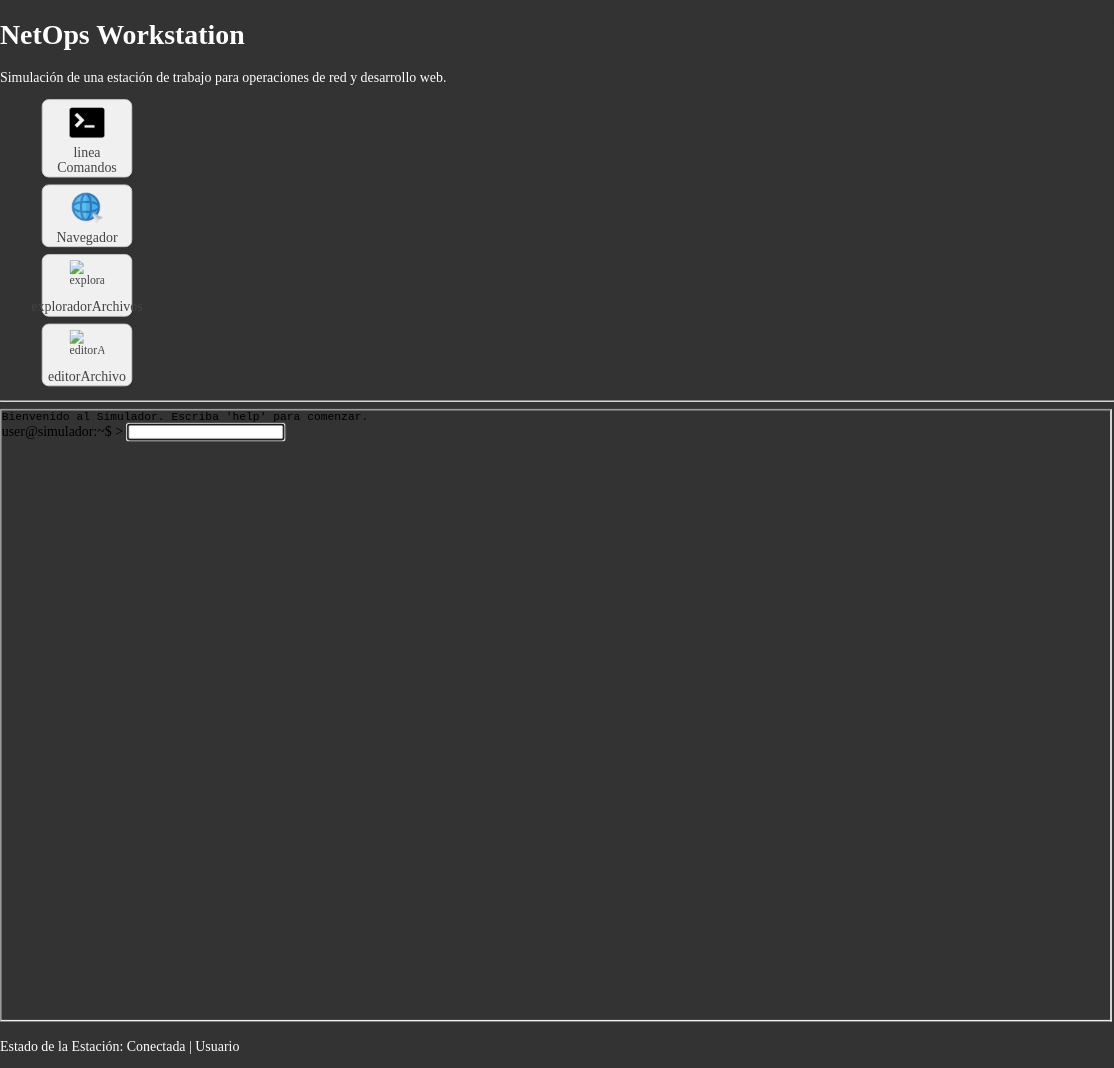
Repository: ValdezGalia/ProgramacionWebUcab
Page: lan-01.html
These files come from the project's save history. The page is drawn as it stood at one moment and after a run of saves; the edit follows.
The browser window is 1280 px wide. The pictures show the whole page, at 87% of full size.

Above is the page before, as saved 2025-11-13 16:30:29.

### lan-01.html
<!DOCTYPE html>
<html lang="es">

<head>
    <meta charset="UTF-8">
    <meta name="viewport" content="width=device-width, initial-scale=1.0">
    <meta name="author" content="Orlando Valdez / Jenry Youssef / Oscar Torres">
    <link rel="stylesheet" href="/style/lan-01.css">
    <title>NetOps Workstation: Estación de Trabajo</title>
</head>

<body>

    <header>
        <h1>NetOps Workstation</h1>
        <p>Simulación de una estación de trabajo para operaciones de red y desarrollo web.</p>
    </header>

    <main id="workstation-container">

        <nav id="app-navigation" aria-label="Aplicaciones de la estación de trabajo">
            <ul id="app-list">
                <li><a href="#" data-tool="lineaComandos"><img src="assets/img/terminal.png" class="app-icon" alt="lineaComandos"><span>linea Comandos</span></a></li>
                <li><a href="#" data-tool="navegador"><img src="assets/img/navweb.png" class="app-icon" alt="Navegador"><span>Navegador</span></a></li>
                <li><a href="#" data-tool="exploradorArchivos"><img src="" class="app-icon" alt="exploradorArchivos"><span>exploradorArchivos</span></a></li>
                <li><a href="#" data-tool="editorArchivo"><img src="" class="app-icon" alt="editorArchivo"><span>editorArchivo</span></a></li>
            </ul>
        </nav>

        <hr>
        <!-- Contenedor de herramientas de forma dinamica y sostenible -->
        <section id="application-display">
            <iframe id="tool-iframe" src="pages/lineaComandos.html" sandbox="allow-scripts allow-same-origin"
                title="Aplicación interactiva" width="99.5%" height="700px"></iframe>
        </section>

    </main>

    <footer aria-label="Estado y Diagnóstico">
        <p>Estado de la Estación: Conectada | <span class="user">Usuario</span></p>
    </footer>

    <script>
        document.addEventListener('DOMContentLoaded', () => {
            const iframe = document.getElementById('tool-iframe');
            const navLinks = document.querySelectorAll('#app-list a');

            navLinks.forEach(link => {
                link.addEventListener('click', (event) => {
                    event.preventDefault();

                    const toolName = event.target.dataset.tool;
                    const newSrc = `pages/${toolName}.html`;

                    iframe.src = newSrc;

                    /*Esto aun no hace nada ya que aun no se implementa la logica que distige la clase active*/
                    navLinks.forEach(navLink => navLink.classList.remove('active'));
                    event.target.classList.add('active');
                });
            });
        });
    </script>

</body>

</html>

### style/lan-01.css
html, body{
    padding: 0;
    margin: 0;
    background-color: #333;
    color: white
}

nav ul li{
    list-style: none;
}

nav ul li a {
    display: flex;
    flex-direction: column;
    justify-content: center;
    align-items: center;

    /* Estilos visuales de App */
    text-decoration: none;
    color: #444444;
    background-color: #f0f0f0;
    padding: 1px;
    margin: 8px;
    border: 1px solid #cccccc;
    border-radius: 8px;
    box-shadow: 0 2px 4px rgba(0, 0, 0, 0.05);
    transition: all 0.2s ease;
    width: 100px;
    text-align: center;
}

/* Estilos para el Ícono (la imagen) */
nav ul li a .app-icon {
    width: 40px; /* Tamaño del icono */
    height: 40px;
    margin-bottom: 5px; /* Espacio entre el icono y la etiqueta de texto */
    /* Asegura que la imagen no tenga un borde o estilo propio que moleste */
    border: none;
}

/* Estilos para el Texto (la etiqueta) */
nav ul li a img {
    font-size: 0.85em; /* Fuente pequeña para la etiqueta */
    font-weight: 500;
    margin-top: 5px;
    color: #444444; /* Asegura el color del texto */
}

/* Interacción: Estado Hover (Al pasar el ratón) */
nav ul li a:hover {
    background-color: #e0e0e0; /* Un poco más oscuro al pasar el ratón */
    border-color: #a0a0a0;
    box-shadow: 0 4px 8px rgba(0, 0, 0, 0.1);
    transform: scale(1.02); /* Un ligero crecimiento para resaltar */
}

### pages/lineaComandos.html
<!DOCTYPE html>
<html lang="es">
<head>
    <meta charset="UTF-8">
    <meta name="viewport" content="width=device-width, initial-scale=1.0">
    <meta name="description" content="Un linea de comandos (CLI) basada en diseño de la de linux">
    <link rel="stylesheet" href="/style/commandline.css">
    <title>Linea de comandos</title>
</head>
<body>
    <div id="terminal-window">
        <pre id="terminal-output">Bienvenido al Simulador. Escriba 'help' para comenzar.</pre>

        <div id="command-line">
            <span id="prompt">user@simulador:~$ > </span>
            <input type="text" id="command-input" autofocus>
        </div>
    </div>
</body>
</html>

### style/commandline.css
* {
    margin: 0px;
    padding: 0px;
}

html, body{
    margin: 0;
    padding: 0;
    width: 100%;
    height: 100%;
    overflow: hidden;
    background-color: #333;
}

textarea{
    display: block;
    display: block;
    width: 100%;
    height: 100%;
    box-sizing: border-box;
    border: none;
    outline: none;
    resize: none;
    font-family: monospace;
    padding: 10px;
    background-color: #2036;
    color: white;
}

After the next 2 saves:
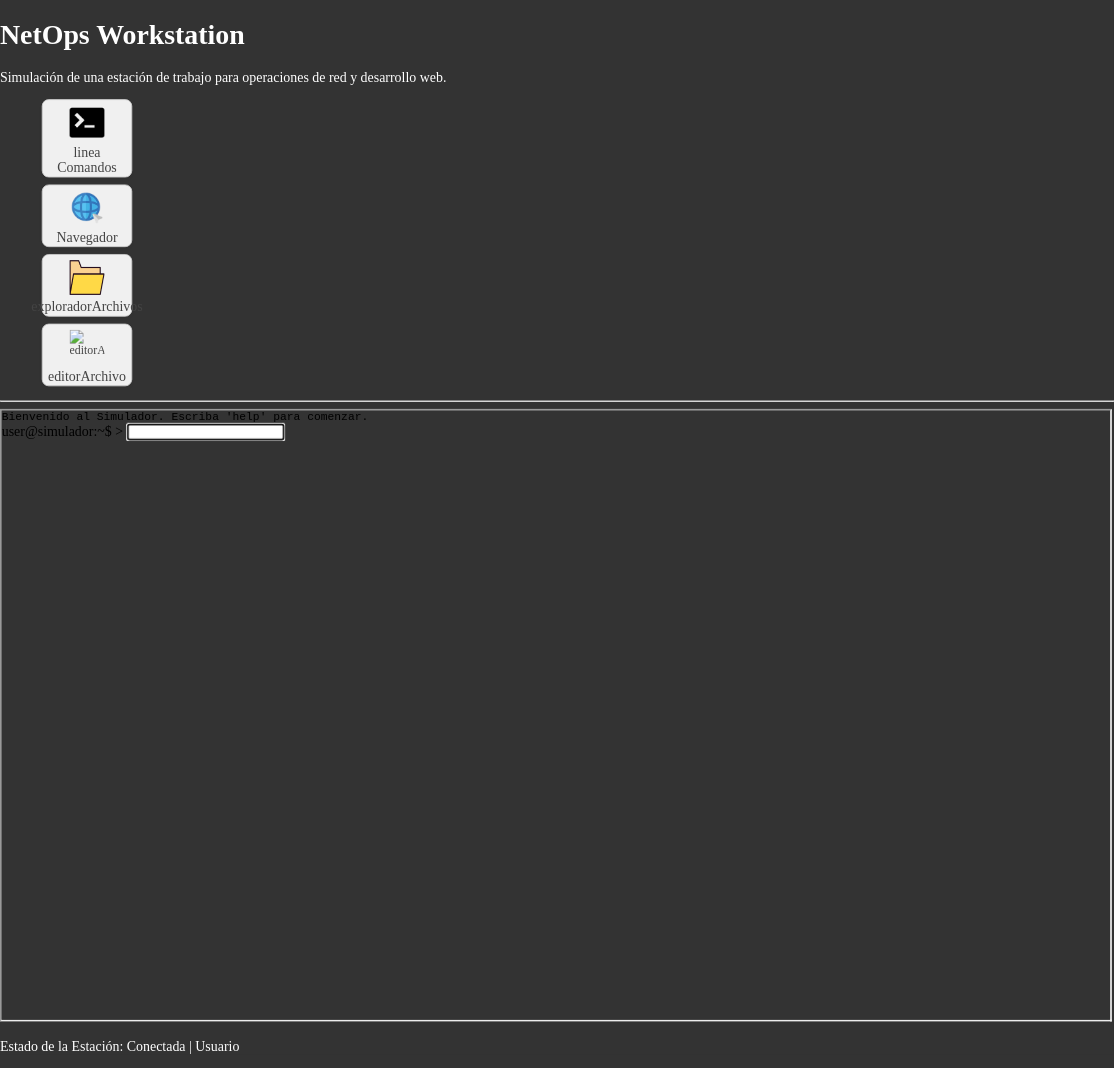
The 2 saves are shown as one change because they came seconds apart.
The last was saved 115 s later.
--- a/lan-01.html
+++ b/lan-01.html
@@ -22,7 +22,7 @@
             <ul id="app-list">
                 <li><a href="#" data-tool="lineaComandos"><img src="assets/img/terminal.png" class="app-icon" alt="lineaComandos"><span>linea Comandos</span></a></li>
                 <li><a href="#" data-tool="navegador"><img src="assets/img/navweb.png" class="app-icon" alt="Navegador"><span>Navegador</span></a></li>
-                <li><a href="#" data-tool="exploradorArchivos"><img src="" class="app-icon" alt="exploradorArchivos"><span>exploradorArchivos</span></a></li>
+                <li><a href="#" data-tool="exploradorArchivos"><img src="assets/img/exploarch.png" class="app-icon" alt="exploradorArchivos"><span>exploradorArchivos</span></a></li>
                 <li><a href="#" data-tool="editorArchivo"><img src="" class="app-icon" alt="editorArchivo"><span>editorArchivo</span></a></li>
             </ul>
         </nav>
